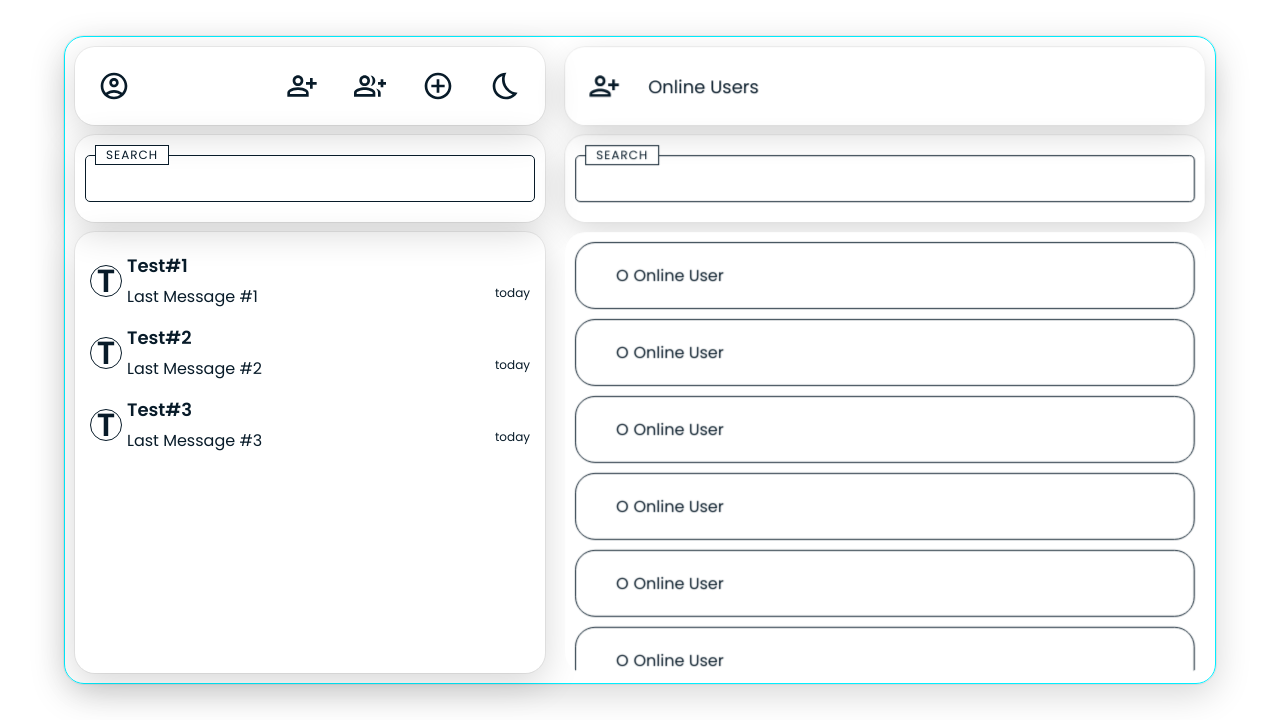
Repository: swastikjhacoder/mern-chat-frontend-only
Page: /users
An editor plug-in stored every save of this project. The page is shown before and after the next save, followed by the edit.
The browser window is 1280 px wide. The pictures show the whole page.
An inner scrolling area shows only its first screen. The project was rebuilt for these pictures with package versions that can differ from the ones it lists, and the page was loaded fresh each time. Also part of the build but not shown: src/components/loginSignup/Login.jsx, src/components/chat/MessageOthers.jsx, src/components/chat/MessageSelf.jsx, src/components/chat/ChatContainer.jsx. Imported but missing from the stored project, and not drawn on this page: src/components/loginSignup/SignUp.

Above is the page before, as saved 2023-09-21 22:58:07.

After the next save:
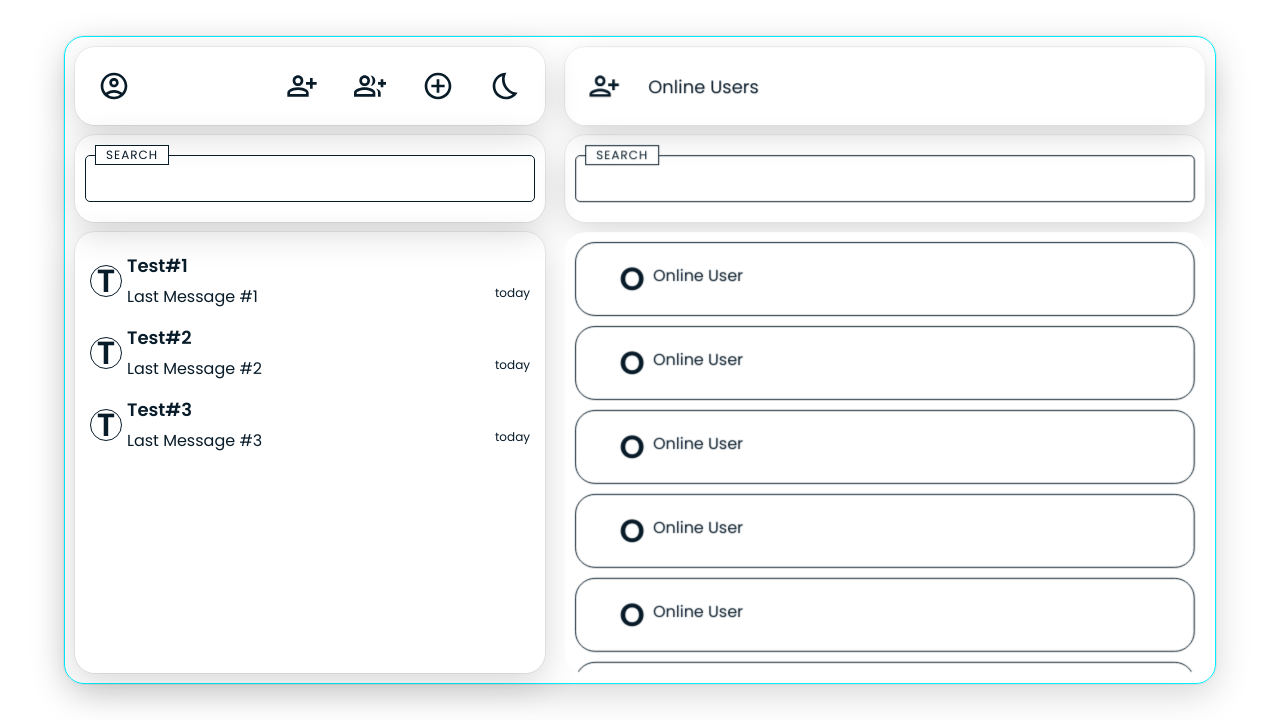
Saved 30 s later.
--- a/src/index.css
+++ b/src/index.css
@@ -336,7 +336,20 @@ body {
   transition-duration: .5s;
 }
 
-.ou-icon {}
+.ou-icon {
+  grid-area: 1/1/3/2;
+  display: flex;
+  justify-content: center;
+  align-items: center;
+  font-size: var(--large-font-size);
+  font-weight: var(--bolder-font-weight);
+  height: 32px;
+  width: 32px;
+  padding: 2px;
+  border-radius: 50%;
+  justify-self: center;
+  align-self: center;
+}
 
 .ou-title {
 }
